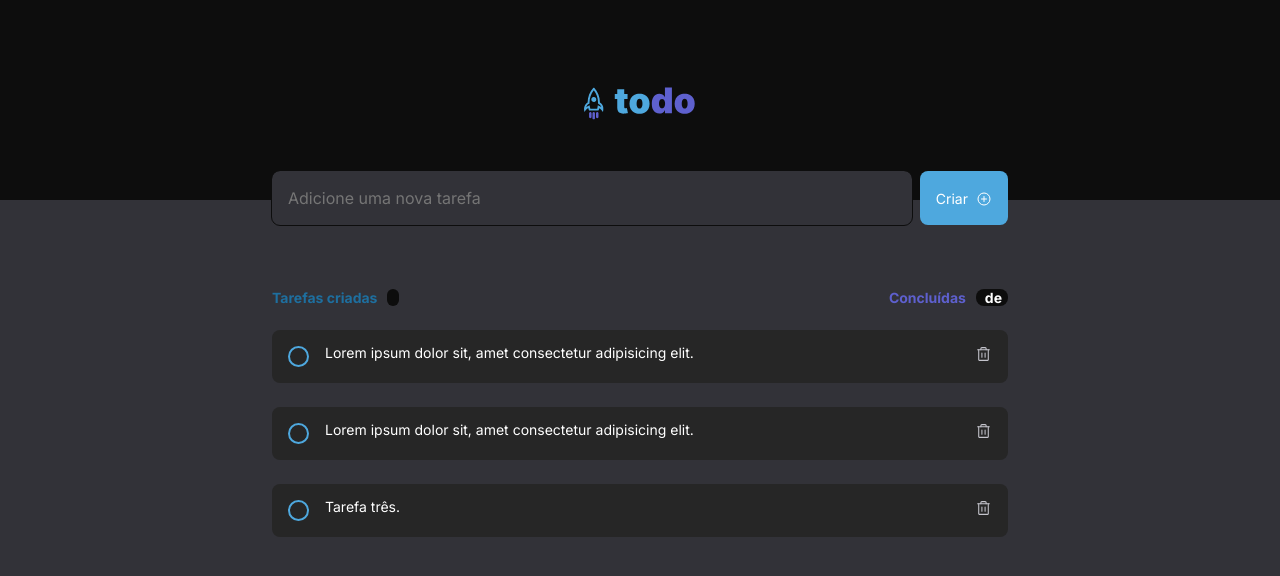
Repository: gabramos90/ignite-todo
Page: /
These files come from the project's save history. The page is drawn as it stood at one moment and after the next save; the edit follows.
The browser window is 1280 px wide. The pictures show the whole page.
The project was rebuilt for these pictures with package versions that can differ from the ones it lists, and the page was loaded fresh each time. Also part of the build but not shown: vite.config.ts.

Above is the page before, as saved 2022-12-01 04:27:38.

After the next save:
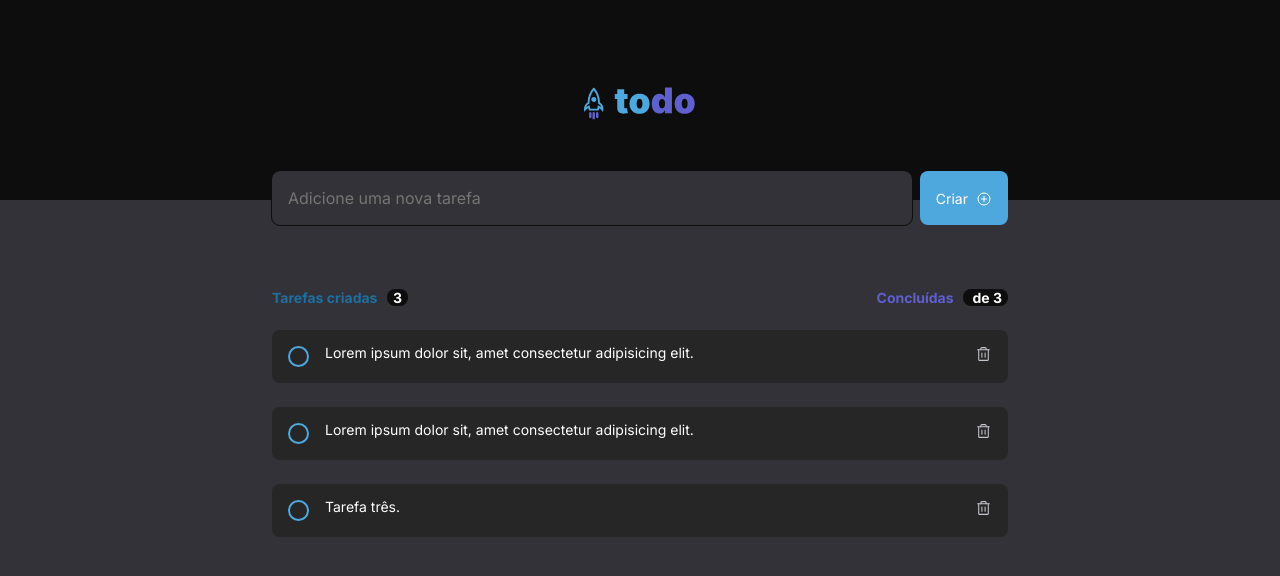
Saved 28 s later.
--- a/src/components/TasksAccounter/TasksAccounter.tsx
+++ b/src/components/TasksAccounter/TasksAccounter.tsx
@@ -7,7 +7,7 @@ interface Props {
 }
 
 export function TasksAccounter({ tasks }: Props) {
-  const taskQuant = tasks.lenght
+  const taskQuant = tasks.length
   const doneTasks = tasks.filter((task) => tasks.isDone).lenght
 
   return (
